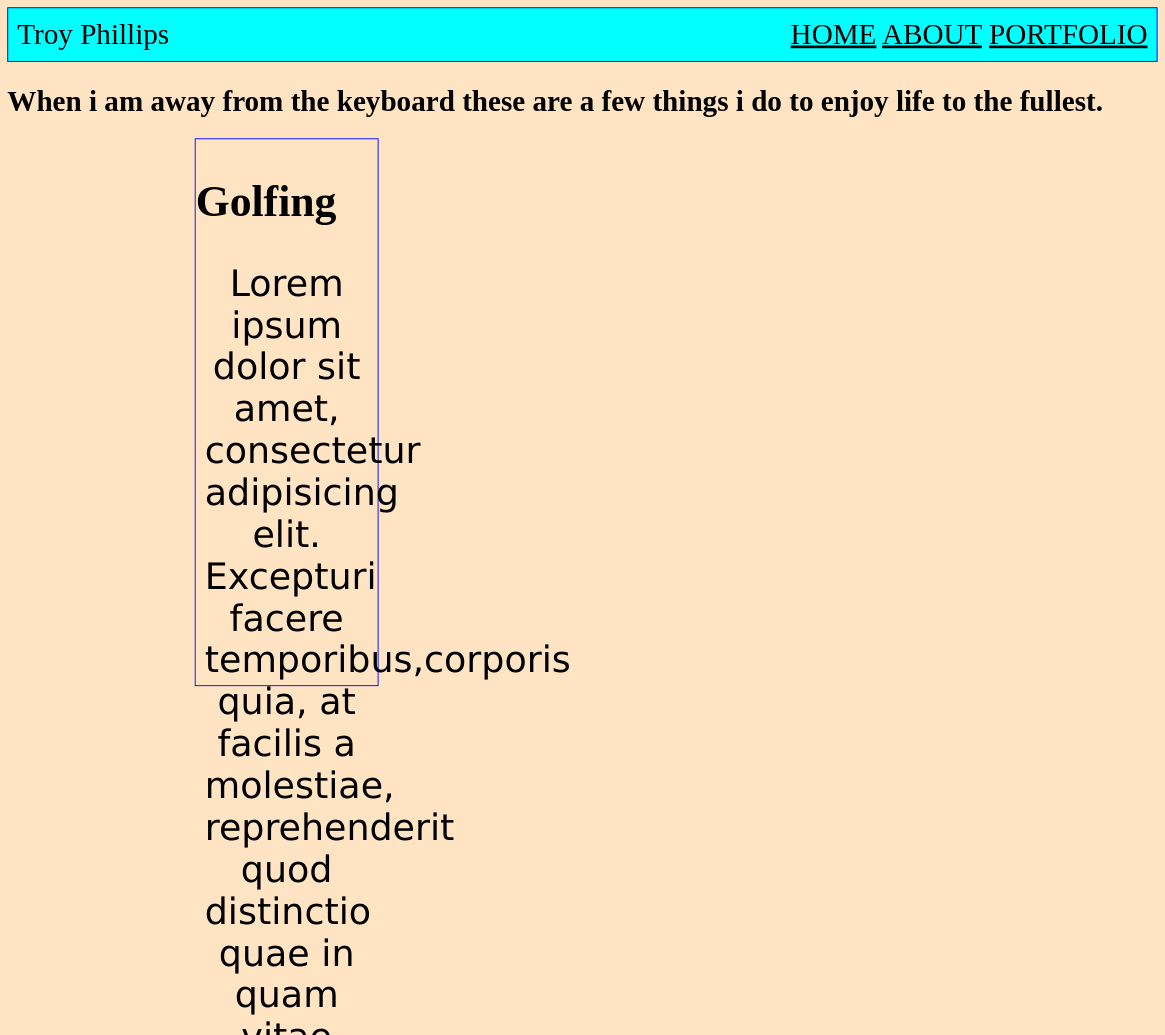
Repository: TheTroyPhillips/Personal-website
Page: about.html
These files come from the project's save history. The page is drawn as it stood at one moment and after the next save; the edit follows.
The browser window is 1280 px wide. The pictures show the part of the page from y = 0 to 1137 px (the page is 2369 px tall), at 91% of full size.
A picture or video elsewhere on the page could not be fetched, so the positions and the page height are approximate.

Above is the page before, as saved 2023-09-10 22:59:31.

After the next save:
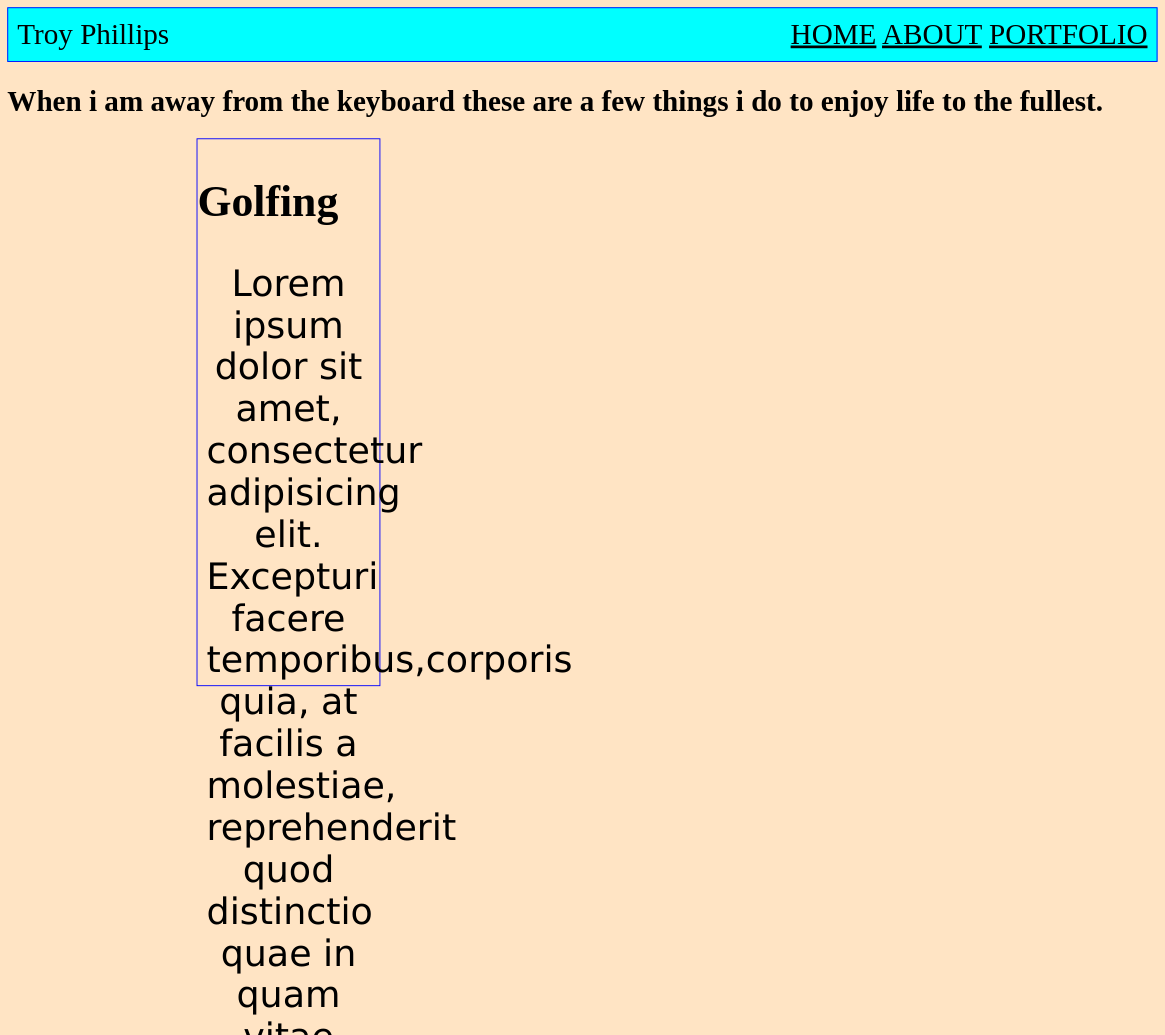
Saved 8 s later.
--- a/style.css
+++ b/style.css
@@ -12,7 +12,7 @@
     height: 600px;
     border: 1px solid blue;
     display: inline-block;
-    margin
+    margin-left: 1px;
 }
 .myname{
     float: left;
